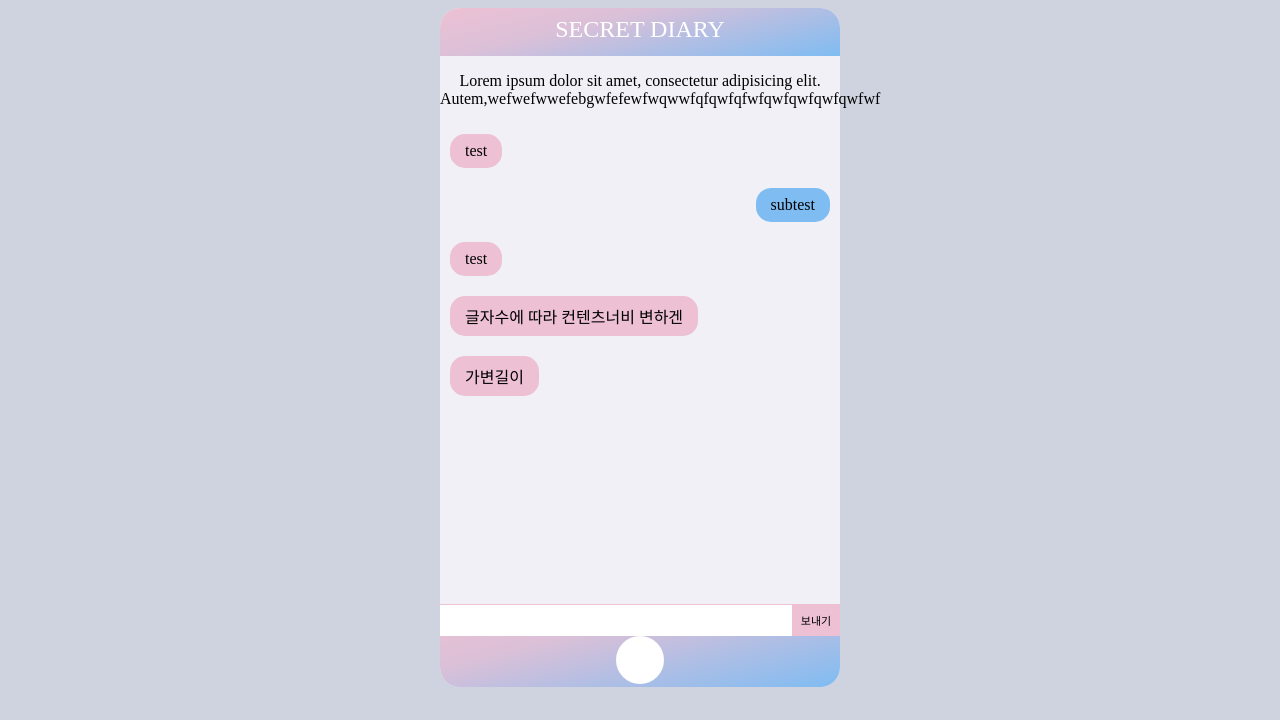
Repository: jinhee196/diary
Page: index.html
These files come from the project's save history. The page is drawn as it stood at one moment and after the next save; the edit follows.
The browser window is 1280 px wide. The pictures show the whole page.

Above is the page before, as saved 2021-06-04 12:47:59.

After the next save:
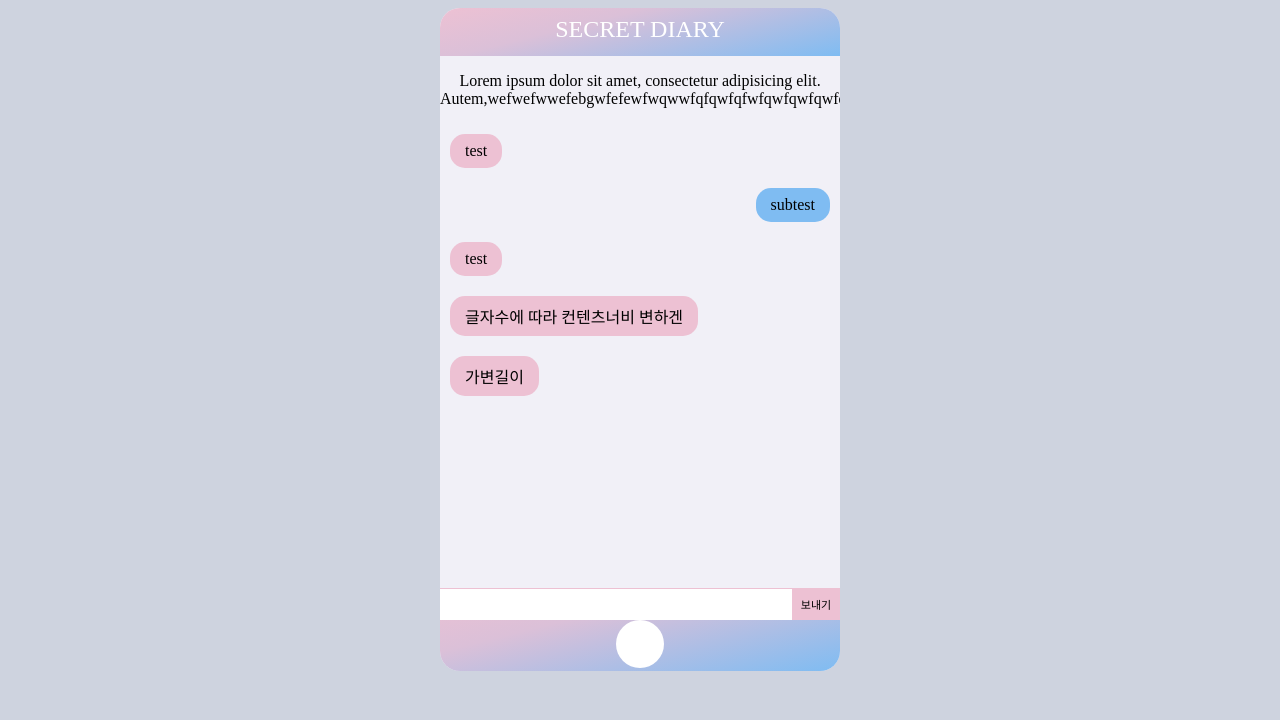
Saved 15 s later.
--- a/style.css
+++ b/style.css
@@ -41,6 +41,7 @@
 
 #morning {
   height: 532px;
+  overflow-x: hidden;
 }
 .items {
   height: 500px;

After the save that followed:
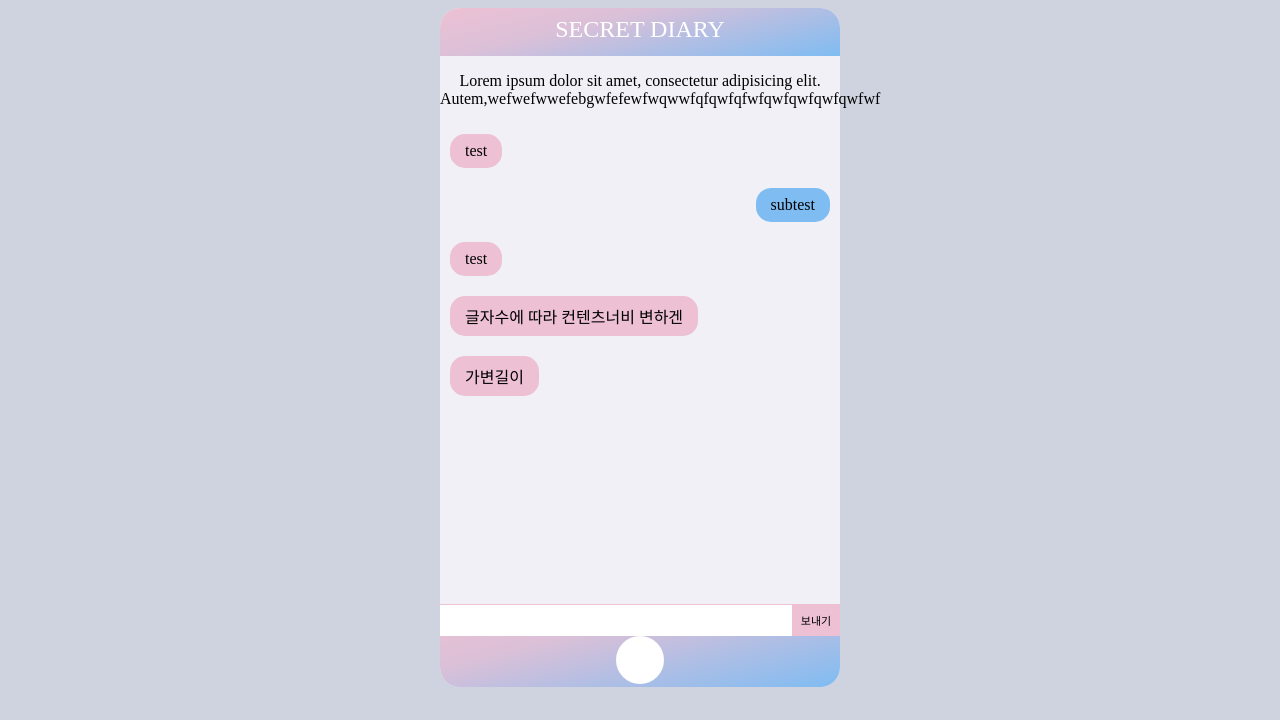
Saved 7 s later.
--- a/style.css
+++ b/style.css
@@ -41,7 +41,6 @@
 
 #morning {
   height: 532px;
-  overflow-x: hidden;
 }
 .items {
   height: 500px;
